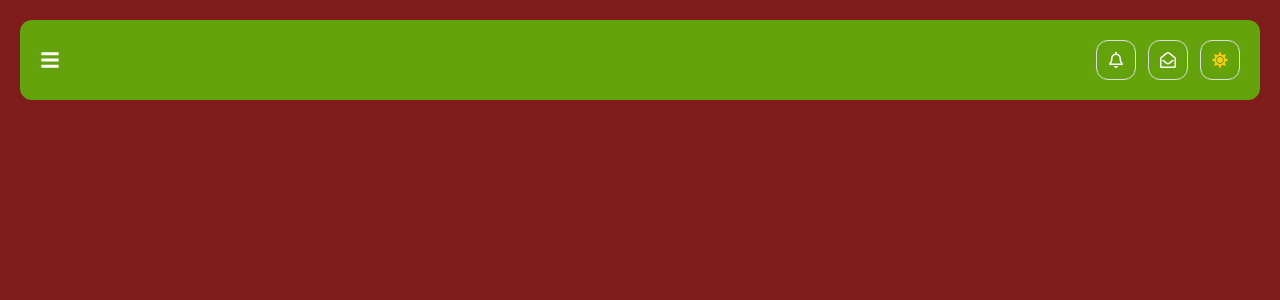
Repository: farrelmuhammad/redesign-bo
Page: /
These files come from the project's save history. The page is drawn as it stood at one moment and after the next save; the edit follows.
The browser window is 1280 px wide. The pictures show the whole page.
The project was rebuilt for these pictures with package versions that can differ from the ones it lists, and the page was loaded fresh each time. Also part of the build but not shown: src/App.css.

Above is the page before, as saved 2024-03-02 19:06:37.

After the next save:
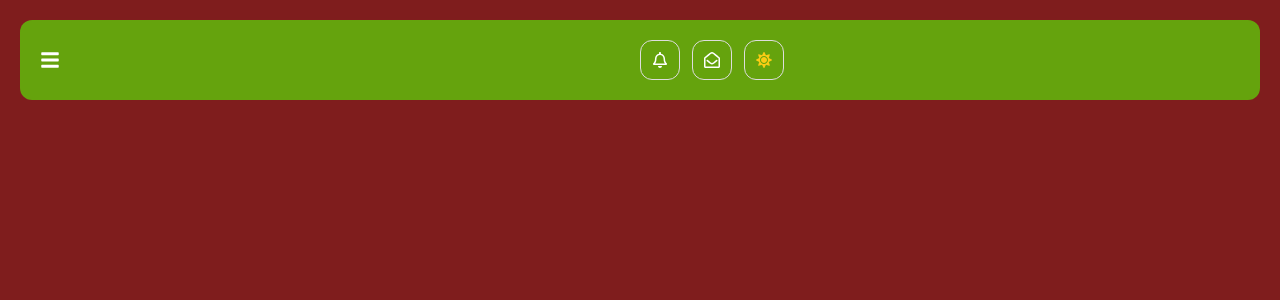
Saved 38 s later.
--- a/src/components/Navbar.tsx
+++ b/src/components/Navbar.tsx
@@ -10,16 +10,18 @@
                 </button>
             </div>
             <div className="flex flex-1 flex-row gap-3 justify-end items-end">
-                <button className='flex justify-center items-center h-10 w-10 rounded-xl border-[1px] border-[#DDDDDD]'>
-                    <FaRegBell />
-                </button>
-                <button className='flex justify-center items-center h-10 w-10 rounded-xl border-[1px] border-[#DDDDDD]'>
-                    <FaRegEnvelopeOpen />
-                </button>
-                <button className='flex justify-center items-center h-10 w-10 rounded-xl border-[1px] border-[#DDDDDD]'>
-                    <FaSun className='text-yellow-400' />
-                    {/* <FaMoon className='text-yellow-400' /> */}
-                </button>
+                <div className="flex flex-1 flex-row gap-3">
+                    <button className='flex justify-center items-center h-10 w-10 rounded-xl border-[1px] border-[#DDDDDD]'>
+                        <FaRegBell />
+                    </button>
+                    <button className='flex justify-center items-center h-10 w-10 rounded-xl border-[1px] border-[#DDDDDD]'>
+                        <FaRegEnvelopeOpen />
+                    </button>
+                    <button className='flex justify-center items-center h-10 w-10 rounded-xl border-[1px] border-[#DDDDDD]'>
+                        <FaSun className='text-yellow-400' />
+                        {/* <FaMoon className='text-yellow-400' /> */}
+                    </button>
+                </div>
             </div>
         </nav>
     )

After the save that followed:
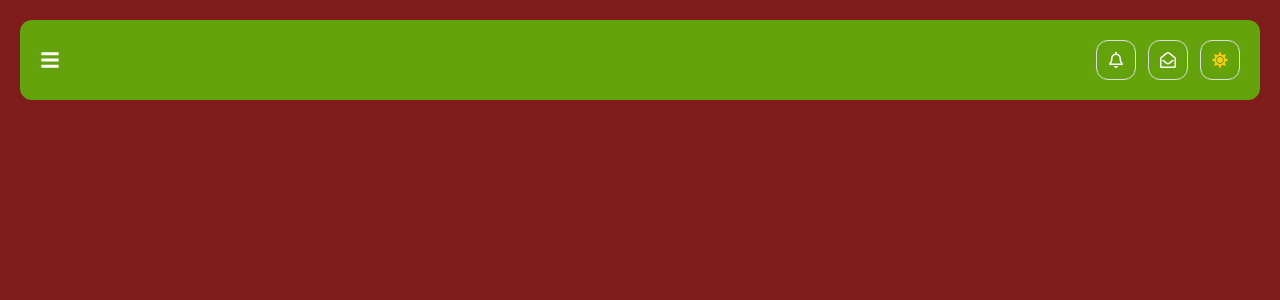
Saved 13 s later.
--- a/src/components/Navbar.tsx
+++ b/src/components/Navbar.tsx
@@ -10,7 +10,7 @@
                 </button>
             </div>
             <div className="flex flex-1 flex-row gap-3 justify-end items-end">
-                <div className="flex flex-1 flex-row gap-3">
+                <div className="flex flex-1 flex-row gap-3 justify-end items-end">
                     <button className='flex justify-center items-center h-10 w-10 rounded-xl border-[1px] border-[#DDDDDD]'>
                         <FaRegBell />
                     </button>
